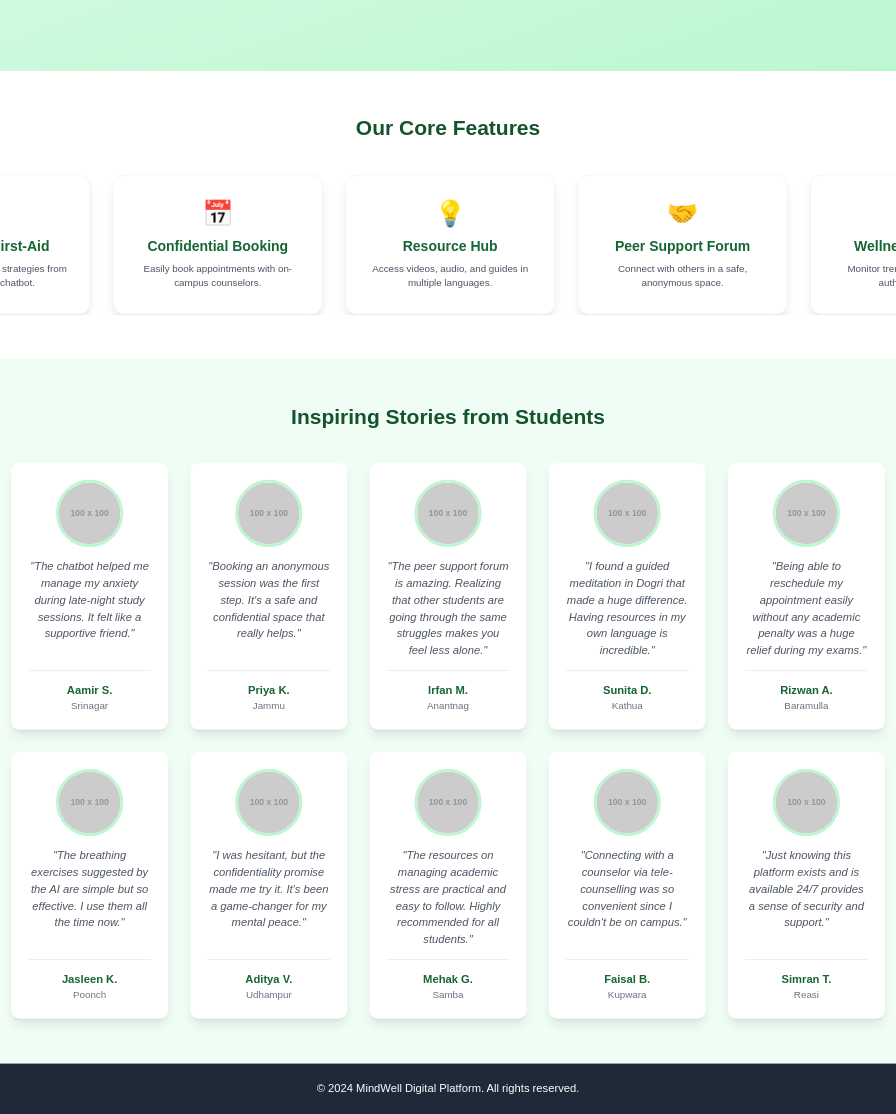
Repository: alokse24b01025/mentalhealth-project-sih-
Page: / (app in p1/)
These files come from the project's save history. The page is drawn as it stood at one moment and after the next save; the edit follows.
The browser window is 1280 px wide. The pictures show the part of the page from y = 348 to 2268 px (the page is 1940 px tall before and 3088 px after), at 70% of full size.
The project was rebuilt for these pictures with package versions that can differ from the ones it lists, and the page was loaded fresh each time. Also part of the build but not shown: p1/vite.config.js, p1/src/components/Chatbot.jsx, p1/src/pages/ChatPage.jsx, p1/src/data/mockResources.js, p1/src/pages/ResourcesPage.jsx, p1/src/data/mockCounselors.js, p1/src/pages/BookingPage.jsx, p1/src/components/PeerSupport.jsx and 3 more.

Above is the page before, as saved 2025-09-10 14:08:22.

### p1/index.html
<!doctype html>
<html lang="en">
  <head>
    <meta charset="UTF-8" />
    <link rel="icon" type="image/svg+xml" href="/logo.png" />
    <meta name="viewport" content="width=device-width, initial-scale=1.0" />
    <title>Mitr</title>
  </head>
  <body>
    <div id="root"></div>
    <script type="module" src="/src/main.jsx"></script>
  </body>
</html>

### p1/src/App.jsx
import React from 'react';
import { BrowserRouter as Router, Routes, Route } from 'react-router-dom';
import { AuthProvider } from './AuthContext'; // Import the provider

// Import your pages
import HomePage from './pages/HomePage';
import ChatPage from './pages/ChatPage';
import ResourcesPage from './pages/ResourcesPage';
import BookingPage from './pages/BookingPage';
import PeerSupportPage from './pages/PeerSupportPage';
import AdminDashboard from './pages/AdminDashboard';
import LoginPage from './pages/LoginPage'; // Import the new login page
import './index.css';

function App() {
  return (
    <AuthProvider> {/* Wrap everything in AuthProvider */}
      <Router>
        <Routes>
          <Route path="/" element={<HomePage />} />
          <Route path="/chat" element={<ChatPage />} />
          <Route path="/resources" element={<ResourcesPage />} />
          <Route path="/booking" element={<BookingPage />} />
          <Route path="/peer-support" element={<PeerSupportPage />} />
         <Route path="/admin" element={<AdminDashboard />} />
          <Route path="/login" element={<LoginPage />} /> {/* Add the login route */}
        </Routes>
      </Router>
    </AuthProvider>
  );
}

export default App;

### p1/src/index.css
@tailwind base;
@tailwind components;
@tailwind utilities;

body {
  font-family: Arial, sans-serif;
  -webkit-font-smoothing: antialiased;
  -moz-osx-font-smoothing: grayscale;
}

### p1/src/AuthContext.jsx
import React, { useContext, useState, useEffect } from 'react';
import { auth } from './firebase';
import {
  onAuthStateChanged,
  signOut,
  signInWithEmailAndPassword
} from "firebase/auth";

const AuthContext = React.createContext();

// This is the function that was likely missing the 'export' keyword
export function useAuth() {
  return useContext(AuthContext);
}

export function AuthProvider({ children }) {
  const [currentUser, setCurrentUser] = useState(null);
  const [loading, setLoading] = useState(true);

  function login(email, password) {
    return signInWithEmailAndPassword(auth, email, password);
  }

  function logout() {
    return signOut(auth);
  }

  useEffect(() => {
    const unsubscribe = onAuthStateChanged(auth, user => {
      setCurrentUser(user);
      setLoading(false);
    });

    return unsubscribe;
  }, []);

  const value = {
    currentUser,
    login,
    logout
  };

  return (
    <AuthContext.Provider value={value}>
      {!loading && children}
    </AuthContext.Provider>
  );
}

### p1/src/pages/HomePage.jsx
import React from 'react';
import { Link } from 'react-router-dom';
import Header from '../components/Header';
import Footer from '../components/Footer';

// Define an array of features to display in the scrolling marquee
const coreFeatures = [
  { to: "/chat", title: "AI-Guided First-Aid", description: "Get immediate coping strategies from our interactive chatbot.", icon: "🤖" },
  { to: "/booking", title: "Confidential Booking", description: "Easily book appointments with on-campus counselors.", icon: "📅" },
  { to: "/resources", title: "Resource Hub", description: "Access videos, audio, and guides in multiple languages.", icon: "💡" },
  { to: "/peer-support", title: "Peer Support Forum", description: "Connect with others in a safe, anonymous space.", icon: "🤝" },
  { to: "/admin", title: "Wellness Tracking", description: "Monitor trends and insights (for authorized staff).", icon: "📊" },
];

// This component defines the look of a single clickable card
const FeatureCard = ({ to, title, description, icon }) => (
  <Link to={to} className="flex-shrink-0 w-[300px] h-[200px] mx-4 p-6 flex flex-col items-center justify-center text-center bg-white border border-green-100 rounded-2xl shadow-lg hover:shadow-2xl hover:scale-105 transform transition-all duration-300">
    <div className="text-4xl mb-3">{icon}</div>
    <h4 className="font-bold text-xl text-green-800">{title}</h4>
    <p className="text-gray-600 text-sm mt-2">{description}</p>
  </Link>
);

// --- NEW: Student Profile Data and Component ---
const studentProfiles = [
  { name: "Aamir S.", location: "Srinagar", quote: "The chatbot helped me manage my anxiety during late-night study sessions. It felt like a supportive friend.", imageUrl: "https://placehold.co/100x100/a7f3d0/166534?text=AS" },
  { name: "Priya K.", location: "Jammu", quote: "Booking an anonymous session was the first step. It's a safe and confidential space that really helps.", imageUrl: "https://placehold.co/100x100/67e8f9/155e75?text=PK" },
  { name: "Irfan M.", location: "Anantnag", quote: "The peer support forum is amazing. Realizing that other students are going through the same struggles makes you feel less alone.", imageUrl: "https://placehold.co/100x100/fde047/854d0e?text=IM" },
  { name: "Sunita D.", location: "Kathua", quote: "I found a guided meditation in Dogri that made a huge difference. Having resources in my own language is incredible.", imageUrl: "https://placehold.co/100x100/f9a8d4/9d2667?text=SD" },
  { name: "Rizwan A.", location: "Baramulla", quote: "Being able to reschedule my appointment easily without any academic penalty was a huge relief during my exams.", imageUrl: "https://placehold.co/100x100/a5b4fc/3730a3?text=RA" },
  { name: "Jasleen K.", location: "Poonch", quote: "The breathing exercises suggested by the AI are simple but so effective. I use them all the time now.", imageUrl: "https://placehold.co/100x100/fca5a5/991b1b?text=JK" },
  { name: "Aditya V.", location: "Udhampur", quote: "I was hesitant, but the confidentiality promise made me try it. It's been a game-changer for my mental peace.", imageUrl: "https://placehold.co/100x100/86efac/14532d?text=AV" },
  { name: "Mehak G.", location: "Samba", quote: "The resources on managing academic stress are practical and easy to follow. Highly recommended for all students.", imageUrl: "https://placehold.co/100x100/fdba74/9a3412?text=MG" },
  { name: "Faisal B.", location: "Kupwara", quote: "Connecting with a counselor via tele-counselling was so convenient since I couldn't be on campus.", imageUrl: "https://placehold.co/100x100/bae6fd/0c4a6e?text=FB" },
  { name: "Simran T.", location: "Reasi", quote: "Just knowing this platform exists and is available 24/7 provides a sense of security and support.", imageUrl: "https://placehold.co/100x100/d8b4fe/581c87?text=ST" },
];

const ProfileCard = ({ name, location, quote, imageUrl, delay }) => (
    <div
        className="bg-white p-6 rounded-xl shadow-lg flex flex-col items-center text-center opacity-0"
        style={{ animation: `slideUp 0.6s ease-out forwards`, animationDelay: delay }}
    >
        <img src={imageUrl} alt={`Profile of ${name}`} className="w-24 h-24 rounded-full object-cover mb-4 border-4 border-green-200" />
        <p className="text-gray-600 italic flex-grow">"{quote}"</p>
        <div className="mt-4 pt-4 border-t border-gray-200 w-full">
            <p className="font-bold text-green-800">{name}</p>
            <p className="text-sm text-gray-500">{location}</p>
        </div>
    </div>
);

const HomePage = () => {
  return (
    <>
      <style>
        {`
          @keyframes scroll {
            from { transform: translateX(0); }
            to { transform: translateX(-100%); }
          }
          .scrolling-wrapper:hover .scrolling-content {
            animation-play-state: paused;
          }
          @keyframes slideUp {
            from {
                opacity: 0;
                transform: translateY(40px);
            }
            to {
                opacity: 1;
                transform: translateY(0);
            }
          }
        `}
      </style>

      <div className="min-h-screen flex flex-col bg-green-50">
        <Header />
        <main className="flex-1 overflow-y-auto">
          {/* Hero Section */}
          <section className="text-center h-[450px] flex items-center justify-center bg-gradient-to-br from-green-100 to-green-200">
            <div className="px-4">
              <h2 className="text-4xl md:text-5xl font-extrabold text-green-900">Your Journey to Mental Wellness Starts Here</h2>
              <p className="mt-4 text-lg text-green-800 max-w-2xl mx-auto">Confidential, accessible, and tailored psychological support for college students.</p>
            </div>
          </section>

          {/* Scrolling Features Section */}
          <section className="py-16 bg-white">
            <h3 className="text-3xl font-bold text-center text-green-900 mb-12">Our Core Features</h3>
            <div className="scrolling-wrapper w-full overflow-hidden relative">
              <div className="scrolling-content flex" style={{ animation: `scroll 40s linear infinite` }}>
                {[...coreFeatures, ...coreFeatures].map((feature, index) => (
                  <FeatureCard key={index} {...feature} />
                ))}
              </div>
            </div>
          </section>

          {/* --- UPDATED: Student Profiles Section with Animation --- */}
          <section className="py-16 px-4 bg-green-50">
            <h3 className="text-3xl font-bold text-center text-green-900 mb-12">Inspiring Stories from Students</h3>
            <div className="grid grid-cols-1 sm:grid-cols-2 md:grid-cols-3 lg:grid-cols-4 xl:grid-cols-5 gap-8 max-w-7xl mx-auto">
                {studentProfiles.map((profile, index) => (
                    <ProfileCard key={index} {...profile} delay={`${index * 100}ms`} />
                ))}
            </div>
          </section>

        </main>
        <Footer />
      </div>
    </>
  );
};

export default HomePage;

### p1/src/firebase.js
import { initializeApp } from "firebase/app";
import { getAuth } from "firebase/auth";

// IMPORTANT: Replace this with the firebaseConfig object you copied from the Firebase console
const firebaseConfig = {
  apiKey: "YOUR_API_KEY",
  authDomain: "YOUR_AUTH_DOMAIN",
  projectId: "YOUR_PROJECT_ID",
  storageBucket: "YOUR_STORAGE_BUCKET",
  messagingSenderId: "YOUR_MESSAGING_SENDER_ID",
  appId: "YOUR_APP_ID"
};

// Initialize Firebase
const app = initializeApp(firebaseConfig);

// Export the auth instance to be used in other parts of the app
export const auth = getAuth(app);

### p1/src/components/Header.jsx
import React, { useState, useRef, useEffect } from 'react';
import { Link, NavLink } from 'react-router-dom';
import logo from '../assets/logo.png';
import { useAuth } from '../AuthContext';

const Header = () => {
  const { currentUser, logout } = useAuth();
  const [isLoggingOut, setIsLoggingOut] = useState(false);
  const [isMenuOpen, setIsMenuOpen] = useState(false);
  const menuRef = useRef(null);

  // Effect to close the menu when clicking outside of it
  useEffect(() => {
    function handleClickOutside(event) {
      if (menuRef.current && !menuRef.current.contains(event.target)) {
        setIsMenuOpen(false);
      }
    }
    document.addEventListener("mousedown", handleClickOutside);
    return () => {
      document.removeEventListener("mousedown", handleClickOutside);
    };
  }, [menuRef]);

  const handleLogout = async () => {
    setIsLoggingOut(true);
    try {
      await logout();
      setIsMenuOpen(false);
    } catch (error) {
      console.error("Failed to log out:", error);
    } finally {
      setIsLoggingOut(false);
    }
  };

  const profileIcon = (
    <svg xmlns="http://www.w3.org/2000/svg" className="h-6 w-6" fill="none" viewBox="0 0 24" stroke="currentColor" strokeWidth={2}>
      <path strokeLinecap="round" strokeLinejoin="round" d="M16 7a4 4 0 11-8 0 4 4 0 018 0zM12 14a7 7 0 00-7 7h14a7 7 0 00-7-7z" />
    </svg>
  );

  const desktopLinkClass = "text-gray-600 hover:text-green-600 transition-colors";

  return (
    <header className="bg-white/80 backdrop-blur-lg shadow-md fixed top-0 w-full z-50">
      <div className="max-w-7xl mx-auto px-4 sm:px-6 lg:px-8">
        <div className="flex justify-between items-center h-20">

          {/* Left Side: Hamburger Menu, Logo, and Brand Name */}
          <div className="flex items-center gap-x-4">
            {/* Hamburger Button and Dropdown Menu (for future options) */}
            <div className="relative" ref={menuRef}>
              <button onClick={() => setIsMenuOpen(!isMenuOpen)} className="p-2 rounded-md text-gray-600 hover:bg-gray-100 focus:outline-none">
                <svg xmlns="http://www.w3.org/2000/svg" className="h-6 w-6" fill="none" viewBox="0 0 24 24" stroke="currentColor">
                  <path strokeLinecap="round" strokeLinejoin="round" strokeWidth={2} d="M4 6h16M4 12h16m-7 6h7" />
                </svg>
              </button>

              {/* Dropdown Menu Panel - Placeholder for now */}
              {isMenuOpen && (
                <div className="absolute top-14 left-0 w-64 bg-white/95 backdrop-blur-lg border border-gray-200 rounded-lg shadow-xl py-4 px-4">
                  <p className="text-center text-gray-500">More options will be added here soon.</p>
                </div>
              )}
            </div>

            {/* Logo and Brand */}
            <Link to="/" className="flex items-center gap-x-3">
              <img src={logo} alt="MindWell Logo" className="h-10 w-auto" />
              <span className="text-3xl font-bold text-green-800 hidden sm:block">Mitr</span>
            </Link>
          </div>

          {/* Right side: Nav Links and Auth Buttons */}
          <div className="flex items-center">
            {/* Desktop Navigation Links - hidden on small screens */}
            <nav className="hidden md:flex items-center space-x-6 mr-6">
              <NavLink to="/resources" className={desktopLinkClass}>Resources</NavLink>
              <NavLink to="/booking" className={desktopLinkClass}>Booking</NavLink>
              <NavLink to="/chat" className={desktopLinkClass}>Chat</NavLink>
              <NavLink to="/peer-support" className={desktopLinkClass}>Peer Support</NavLink>
            </nav>

            {/* Auth Buttons */}
            <div className="flex items-center space-x-3">
              {currentUser ? (
                <div className="flex items-center space-x-3">
                  <span className="text-gray-600">{profileIcon}</span>
                  <button onClick={handleLogout} disabled={isLoggingOut} className={`text-white px-4 py-2 text-sm rounded-md transition-colors ${isLoggingOut ? 'bg-red-300 cursor-not-allowed' : 'bg-red-500 hover:bg-red-600'}`}>
                    {isLoggingOut ? '...' : 'Logout'}
                  </button>
                </div>
              ) : (
                <div className="flex items-center space-x-3">
                  <Link to="/login" className="text-gray-600 hover:text-green-600">{profileIcon}</Link>
                  <Link to="/login" className="bg-green-600 text-white px-4 py-2 text-sm rounded-md hover:bg-green-700 transition-colors">Login</Link>
                </div>
              )}
            </div>
          </div>
        </div>
      </div>
    </header>
  );
};

export default Header;

### p1/src/components/Footer.jsx
import React from 'react';

const Footer = () => {
  return (
    <footer className="bg-gray-800 text-white p-6 text-center">
      <p>&copy; 2024 MindWell Digital Platform. All rights reserved.</p>
    </footer>
  );
};
export default Footer;

Loaded but not shown: p1/src/main.jsx (common file); p1/tailwind.config.js (common file)

After the next save:
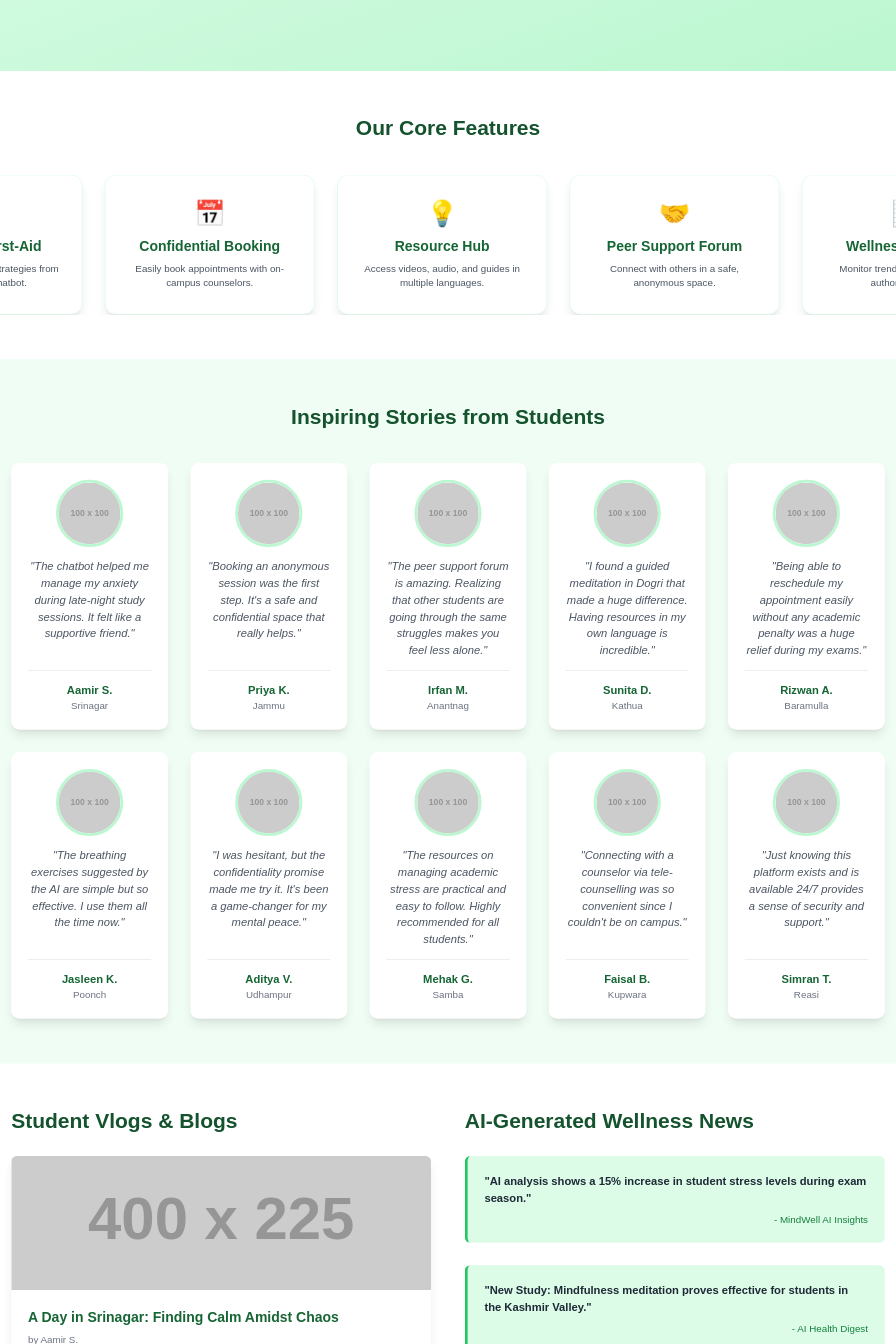
Saved 9 min 21 s later.
--- a/p1/src/pages/HomePage.jsx
+++ b/p1/src/pages/HomePage.jsx
@@ -21,7 +21,6 @@ const FeatureCard = ({ to, title, description, icon }) => (
   </Link>
 );
 
-// --- NEW: Student Profile Data and Component ---
 const studentProfiles = [
   { name: "Aamir S.", location: "Srinagar", quote: "The chatbot helped me manage my anxiety during late-night study sessions. It felt like a supportive friend.", imageUrl: "https://placehold.co/100x100/a7f3d0/166534?text=AS" },
   { name: "Priya K.", location: "Jammu", quote: "Booking an anonymous session was the first step. It's a safe and confidential space that really helps.", imageUrl: "https://placehold.co/100x100/67e8f9/155e75?text=PK" },
@@ -49,6 +48,43 @@ const ProfileCard = ({ name, location, quote, imageUrl, delay }) => (
     </div>
 );
 
+// --- NEW: Vlogs Data and Component ---
+const vlogData = [
+  { title: "A Day in Srinagar: Finding Calm Amidst Chaos", author: "by Aamir S.", imageUrl: "https://placehold.co/400x225/a7f3d0/166534?text=Vlog+1" },
+  { title: "Myths about Mental Health in Our Community", author: "by Priya K.", imageUrl: "https://placehold.co/400x225/67e8f9/155e75?text=Vlog+2" },
+  { title: "How Peer Support Changed My College Life", author: "by Irfan M.", imageUrl: "https://placehold.co/400x225/fde047/854d0e?text=Vlog+3" },
+];
+
+const VlogCard = ({ title, author, imageUrl, delay }) => (
+  <div
+    className="bg-white rounded-lg shadow-lg overflow-hidden transform hover:scale-105 transition-transform duration-300 opacity-0"
+    style={{ animation: `popUp 0.5s ease-out forwards`, animationDelay: delay }}
+  >
+    <img src={imageUrl} alt={title} className="w-full h-48 object-cover" />
+    <div className="p-6">
+      <h4 className="font-bold text-xl text-green-800">{title}</h4>
+      <p className="text-sm text-gray-500 mt-2">{author}</p>
+    </div>
+  </div>
+);
+
+// --- NEW: AI News Data and Component ---
+const newsData = [
+  { headline: "AI analysis shows a 15% increase in student stress levels during exam season.", source: "MindWell AI Insights" },
+  { headline: "New Study: Mindfulness meditation proves effective for students in the Kashmir Valley.", source: "AI Health Digest" },
+  { headline: "Trending Topic: The positive impact of anonymous peer support forums on campus mental health.", source: "MindWell AI Insights" },
+];
+
+const NewsCard = ({ headline, source, delay }) => (
+  <div
+    className="bg-green-100 p-6 rounded-lg border-l-4 border-green-500 opacity-0"
+    style={{ animation: `popUp 0.5s ease-out forwards`, animationDelay: delay }}
+  >
+    <p className="font-semibold text-gray-800">"{headline}"</p>
+    <p className="text-sm text-green-700 mt-2 text-right">- {source}</p>
+  </div>
+);
+
 const HomePage = () => {
   return (
     <>
@@ -69,6 +105,16 @@ const HomePage = () => {
             to {
                 opacity: 1;
                 transform: translateY(0);
+            }
+          }
+          @keyframes popUp {
+            from {
+                opacity: 0;
+                transform: scale(0.8);
+            }
+            to {
+                opacity: 1;
+                transform: scale(1);
             }
           }
         `}
@@ -97,13 +143,37 @@ const HomePage = () => {
             </div>
           </section>
 
-          {/* --- UPDATED: Student Profiles Section with Animation --- */}
+          {/* Student Profiles Section */}
           <section className="py-16 px-4 bg-green-50">
             <h3 className="text-3xl font-bold text-center text-green-900 mb-12">Inspiring Stories from Students</h3>
             <div className="grid grid-cols-1 sm:grid-cols-2 md:grid-cols-3 lg:grid-cols-4 xl:grid-cols-5 gap-8 max-w-7xl mx-auto">
                 {studentProfiles.map((profile, index) => (
                     <ProfileCard key={index} {...profile} delay={`${index * 100}ms`} />
                 ))}
+            </div>
+          </section>
+
+          {/* --- NEW: Vlogs & AI News Section --- */}
+          <section className="py-16 px-4 bg-white">
+            <div className="max-w-7xl mx-auto grid grid-cols-1 lg:grid-cols-2 gap-12 items-start">
+              {/* Vlogs Column */}
+              <div>
+                <h3 className="text-3xl font-bold text-green-900 mb-8">Student Vlogs & Blogs</h3>
+                <div className="space-y-8">
+                  {vlogData.map((vlog, index) => (
+                    <VlogCard key={index} {...vlog} delay={`${index * 200}ms`} />
+                  ))}
+                </div>
+              </div>
+              {/* AI News Column */}
+              <div>
+                <h3 className="text-3xl font-bold text-green-900 mb-8">AI-Generated Wellness News</h3>
+                <div className="space-y-8">
+                  {newsData.map((news, index) => (
+                    <NewsCard key={index} {...news} delay={`${index * 200}ms`} />
+                  ))}
+                </div>
+              </div>
             </div>
           </section>
 
